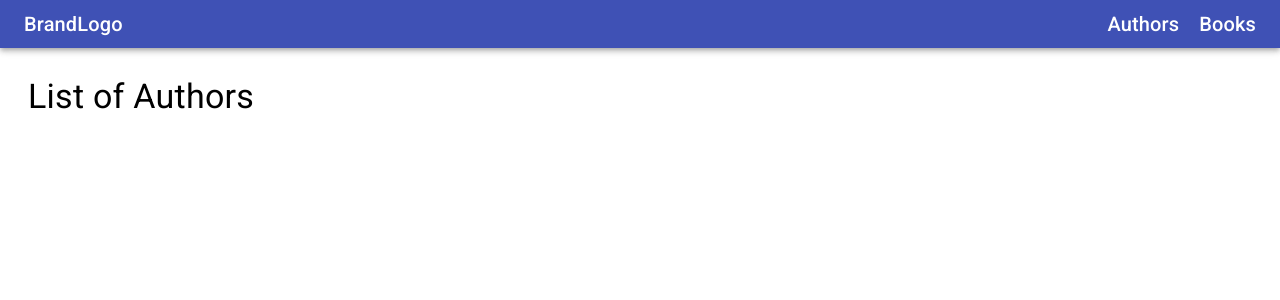
Repository: Sociophuck/00007494
Page: /authors (app in front/)
These files come from the project's save history. The page is drawn as it stood at one moment and after the next save; the edit follows.
The browser window is 1280 px wide. The pictures show the whole page.
The page's requests for data from a server got no answer. The project was rebuilt for these pictures with package versions that can differ from the ones it lists, and the page was loaded fresh each time. No one was signed in, and anything a server would have sent is missing. Also part of the build but not shown: front/src/Book.js, front/src/Home.js.

Above is the page before, as saved 2021-04-04 12:09:21.

After the next save:
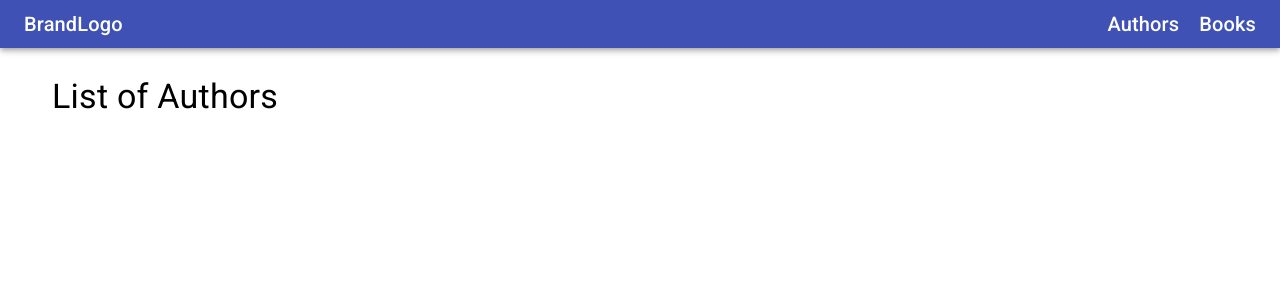
Saved 45 s later.
--- a/front/src/Author.js
+++ b/front/src/Author.js
@@ -4,6 +4,7 @@ import Grid from "@material-ui/core/Grid";
 import Paper from "@material-ui/core/Paper";
 import { makeStyles } from "@material-ui/core/styles";
 import Typography from "@material-ui/core/Typography";
+import { Container } from "@material-ui/core";
 
 function Author() {
   const [data, setData] = useState([]);
@@ -20,7 +21,7 @@ function Author() {
   }, []);
 
   return (
-    <div>
+    <Container>
       <Typography variant="h4">List of Authors</Typography>
       <div>
         <Grid container>
@@ -34,7 +35,7 @@ function Author() {
             })}
         </Grid>
       </div>
-    </div>
+    </Container>
   );
 }
 
